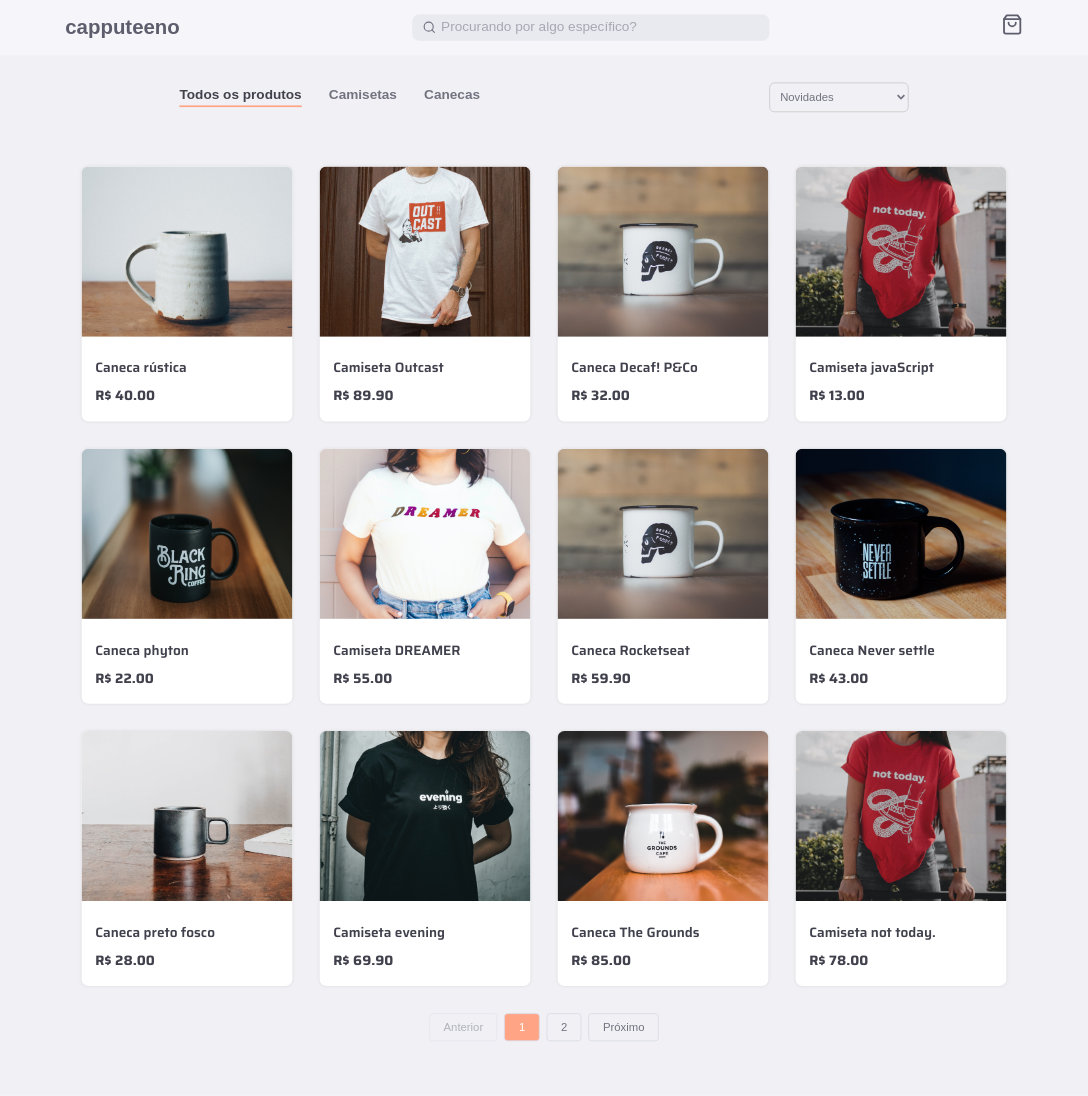
Repository: Biel-barbosa/capputeenoecomerce
Page: /
An editor plug-in stored every save of this project. The page is shown before and after the next save, followed by the edit.
The browser window is 1280 px wide. The pictures show the whole page, at 85% of full size.
Some web fonts or font styles are not loaded; a fallback is used. The project was rebuilt for these pictures with package versions that can differ from the ones it lists, and the page was loaded fresh each time. The framework's server and built-in components were replaced by stand-ins that run in the browser. Also part of the build but not shown: next.config.ts.

Above is the page before, as saved 2025-04-25 16:00:08.

### src/app/layout.tsx
import type { Metadata } from "next";
import { Geist, Geist_Mono } from "next/font/google";
import { Saira, Saira_Stencil_One } from 'next/font/google';
import "./globals.css";
import ClientProviders from "@/components/ClientProviders";

const saira = Saira({
  subsets: ['latin'],
  weight: ['400', '600', '700'],
  variable: '--font-saira',
});

const sairaStencilOne = Saira_Stencil_One({
  subsets: ['latin'],
  weight: ['400'],
  variable: '--font-saira-stencil',
});

const geistSans = Geist({
  variable: "--font-geist-sans",
  subsets: ["latin"],
});

const geistMono = Geist_Mono({
  variable: "--font-geist-mono",
  subsets: ["latin"],
});

export const metadata: Metadata = {
  title: "Capputeeno",
  description: "Loja de tecnologia minimalista",
};

export default function RootLayout({
  children,
}: Readonly<{
  children: React.ReactNode;
}>) {
  return (
    <html lang="pt-br" className={`${saira.variable} ${sairaStencilOne.variable} ${geistSans.variable} ${geistMono.variable}`}>
      <body>
        <ClientProviders>
          {children}
        </ClientProviders>
      </body>
    </html>
  );
}

### src/app/page.tsx
'use client';

import { useState, useMemo } from 'react';
import styled from 'styled-components';
import Header from '../components/Header';
import { products as allProducts } from '../data/products';
import ProductsList from '@/components/ProductsList';

const Container = styled.main`
  width: 100%;
  padding: 2rem 4vw;
  background-color: #f0f0f5;
  min-height: 100vh;
  box-sizing: border-box;

  @media (max-width: 1024px) {
    padding: 2rem 3vw;
  }

  @media (max-width: 768px) {
    padding: 1.5rem 2vw;
  }

  @media (max-width: 480px) {
    padding: 1rem 2vw;
  }
`;

const FiltersWrapper = styled.div`
  display: flex;
  justify-content: space-between;
  align-items: center;
  flex-wrap: wrap;
  margin-bottom: 2rem;
  padding: 0rem 10rem;

  @media (max-width: 768px) {
    flex-direction: column;
    gap: 1rem;
  }
`;

const Categories = styled.div`
  display: flex;
  gap: 2rem;

  button {
    background: none;
    border: none;
    font-weight: 600;
    font-size: 1rem;
    cursor: pointer;
    border-bottom: 2px solid transparent;
    padding-bottom: 4px;
    transition: 0.2s;
    color: #737380;

    &.active {
      color: #41414d;
      border-color: #ffa585;
    }
  }

  @media (max-width: 768px) {
    gap: 1rem;
    justify-content: center;
  }
`;

const SortSelect = styled.select`
  background: #f0f0f5;
  color: #737380;
  padding: 0.5rem;
  border-radius: 6px;
  border: 1px solid #ccc;

  @media (max-width: 768px) {
    width: 100%;
  }
`;

const HomePage = () => {
  const [category, setCategory] = useState('all');
  const [searchTerm, setSearchTerm] = useState('');
  const [sortOption, setSortOption] = useState('newest');
  const [currentPage, setCurrentPage] = useState(1);

  const itemsPerPage = 12;

  const filteredProducts = useMemo(() => {
    let products = allProducts.filter((product) => {
      const matchesCategory = category === 'all' || product.category === category;
      const matchesSearch = product.title.toLowerCase().includes(searchTerm.toLowerCase());
      return matchesCategory && matchesSearch;
    });

    if (sortOption === 'price-asc') {
      products = products.sort((a, b) => a.price - b.price);
    } else if (sortOption === 'price-desc') {
      products = products.sort((a, b) => b.price - a.price);
    } else if (sortOption === 'bestsellers') {
      products = products.sort((a, b) => b.sales - a.sales);
    } else {
      products = products.sort((a, b) => new Date(b.createdAt).getTime() - new Date(a.createdAt).getTime());
    }

    return products;
  }, [category, searchTerm, sortOption]);

  const totalPages = Math.ceil(filteredProducts.length / itemsPerPage);
  const paginatedProducts = filteredProducts.slice(
    (currentPage - 1) * itemsPerPage,
    currentPage * itemsPerPage
  );

  return (
    <>
      <Header onSearch={setSearchTerm} />
      <Container>
        <FiltersWrapper>
          <Categories>
            {['all', 't-shirts', 'mugs'].map((cat) => (
              <button
                key={cat}
                className={category === cat ? 'active' : ''}
                onClick={() => {
                  setCategory(cat);
                  setCurrentPage(1);
                }}
              >
                {cat === 'all' ? 'Todos os produtos' : cat === 't-shirts' ? 'Camisetas' : 'Canecas'}
              </button>
            ))}
          </Categories>

          <SortSelect
            value={sortOption}
            onChange={(e) => {
              setSortOption(e.target.value);
              setCurrentPage(1);
            }}
          >
            <option value="newest">Novidades</option>
            <option value="price-desc">Preço: Maior - menor</option>
            <option value="price-asc">Preço: Menor - maior</option>
            <option value="bestsellers">Mais vendidos</option>
          </SortSelect>
        </FiltersWrapper>

        <ProductsList
          products={paginatedProducts}
          currentPage={currentPage}
          totalPages={totalPages}
          onPageChange={setCurrentPage}
        />
      </Container>
    </>
  );
};

export default HomePage;

### src/components/ClientProviders.tsx
'use client';

import { ReactNode } from 'react';
import GlobalStyle from '@/styles/GlobalStyle';
import { CartProvider } from '@/contexts/CartContexts';

export default function ClientProviders({ children }: { children: ReactNode }) {
    return (
        <>
            <GlobalStyle />
            <CartProvider>
                {children}
            </CartProvider>
        </>
    );
}

### src/components/Header.tsx
'use client';

import styled from 'styled-components';
import { FiShoppingBag, FiSearch } from 'react-icons/fi';
import Link from 'next/link';
import { useCart } from '@/contexts/CartContexts';

type HeaderProps = {
  onSearch?: (value: string) => void;
};

const HeaderContainer = styled.header`
  width: 100%;
  padding: 1rem 6vw;
  background-color: #f5f5fa;
  box-sizing: border-box;
  overflow-x: hidden;
`;

const HeaderContent = styled.div`
  width: 100%;
  max-width: 1140px;
  margin: 0 auto;
  display: flex;
  align-items: center;
  justify-content: space-between;
  gap: 1rem;
  flex-wrap: nowrap;

  @media (max-width: 768px) {
    gap: 0.5rem;
  }
`;

const Logo = styled.h1`
  font-size: 1.5rem;
  font-weight: 600;
  color: #5d5d6d;
  white-space: nowrap;
  font-family: var(--font-logo);

  @media (max-width: 768px) {
    font-size: 1.2rem;
  }
`;

const SearchWrapper = styled.div`
  flex: 1;
  max-width: 420px;
  display: flex;
  align-items: center;
  background: #e9e9f0;
  padding: 0.4rem 0.75rem;
  border-radius: 8px;

  svg {
    font-size: 1rem;
    color: #737380;
    margin-right: 0.4rem;
  }

  @media (max-width: 768px) {
    max-width: 180px;
    flex-shrink: 1;
  }
`;

const SearchInput = styled.input`
  border: none;
  background: transparent;
  flex: 1;
  font-size: 1rem;
  color: #737380;

  &::placeholder {
    color: #a8a8b3;
  }

  &:focus {
    outline: none;
  }

  @media (max-width: 768px) {
    font-size: 0.9rem;

    &::placeholder {
      color: transparent;
    }
  }
`;

const CartButton = styled.button`
  position: relative;
  background: none;
  border: none;
  cursor: pointer;

  svg {
    font-size: 1.6rem;
    color: #5d5d6d;
  }

  @media (max-width: 768px) {
    svg {
      font-size: 1.4rem;
    }
  }
`;

const CartCount = styled.span`
  position: absolute;
  top: -8px;
  right: -8px;
  background-color: #de3838;
  color: white;
  border-radius: 50%;
  font-size: 0.75rem;
  padding: 0.25rem 0.5rem;
  line-height: 1;
`;

const Header = ({ onSearch }: HeaderProps) => {
  const { cartItemCount } = useCart();

  return (
    <HeaderContainer>
      <HeaderContent>
        <Link href="/" passHref>
          <Logo>capputeeno</Logo>
        </Link>

        <SearchWrapper>
          <FiSearch />
          <SearchInput
            type="text"
            placeholder="Procurando por algo específico?"
            onChange={(e) => onSearch?.(e.target.value)}
          />
        </SearchWrapper>

        <Link href="/cart" passHref>
          <CartButton>
            <FiShoppingBag />
            {cartItemCount > 0 && <CartCount>{cartItemCount}</CartCount>}
          </CartButton>
        </Link>
      </HeaderContent>
    </HeaderContainer>
  );
};

export default Header;

### src/data/products.ts
export type Product = {
    id: string;
    title: string;
    image: string;
    price: number;
    category: 't-shirts' | 'mugs';
    description: string;
    createdAt: Date | string;
    sales: number;
};

export const products: Product[] = [
    {
        id: '1',
        title: 'Camiseta not today.',
        image: '/images/Camiseta-not-today.jpg',
        price: 78.0,
        category: 't-shirts',
        description: 'Aqui vem um texto descritivo do produto, esta caixa de texto servirá apenas de exemplo para que simule algum texto que venha a ser inserido nesse campo, descrevendo tal produto.',
        createdAt: new Date('2024-03-01'),
        sales: 30,
    },
    {
        id: '2',
        title: 'Caneca rústica',
        image: '/images/Caneca-ceramica-rustica.jpg',
        price: 40.0,
        category: 'mugs',
        description: 'Aqui vem um texto descritivo do produto, esta caixa de texto servirá apenas de exemplo para que simule algum texto que venha a ser inserido nesse campo, descrevendo tal produto.',
        createdAt: new Date('2024-04-10'),
        sales: 80,
    },
    {
        id: '3',
        title: 'Camiseta Broken Saints',
        image: '/images/Camiseta-broken-saints.jpg',
        price: 58.0,
        category: 't-shirts',
        description: 'Aqui vem um texto descritivo do produto, esta caixa de texto servirá apenas de exemplo para que simule algum texto que venha a ser inserido nesse campo, descrevendo tal produto.',
        createdAt: new Date('2024-01-15'),
        sales: 45,
    },
    {
        id: '4',
        title: 'Caneca Black Ring',
        image: '/images/Caneca-Black-Ring.jpg',
        price: 32.0,
        category: 'mugs',
        description: 'Aqui vem um texto descritivo do produto, esta caixa de texto servirá apenas de exemplo para que simule algum texto que venha a ser inserido nesse campo, descrevendo tal produto.',
        createdAt: new Date('2024-02-20'),
        sales: 60,
    },
    {
        id: '5',
        title: 'Camiseta Outcast',
        image: '/images/Camiseta-outcast.jpg',
        price: 89.9,
        category: 't-shirts',
        description: 'Aqui vem um texto descritivo do produto, esta caixa de texto servirá apenas de exemplo para que simule algum texto que venha a ser inserido nesse campo, descrevendo tal produto.',
        createdAt: new Date('2024-04-05'),
        sales: 50,
    },
    {
        id: '6',
        title: 'Caneca The Grounds',
        image: '/images/Caneca-The-Grounds.jpg',
        price: 85.0,
        category: 'mugs',
        description: 'Aqui vem um texto descritivo do produto, esta caixa de texto servirá apenas de exemplo para que simule algum texto que venha a ser inserido nesse campo, descrevendo tal produto.',
        createdAt: new Date('2024-03-10'),
        sales: 75,
    },
    {
        id: '7',
        title: 'Camiseta evening',
        image: '/images/Camiseta-evening.jpg',
        price: 69.9,
        category: 't-shirts',
        description: 'Aqui vem um texto descritivo do produto, esta caixa de texto servirá apenas de exemplo para que simule algum texto que venha a ser inserido nesse campo, descrevendo tal produto.',
        createdAt: new Date('2024-03-11'),
        sales: 62,
    },
    {
        id: '8',
        title: 'Caneca preto fosco',
        image: '/images/Caneca-preto-fosco.jpg',
        price: 28.0,
        category: 'mugs',
        description: 'Aqui vem um texto descritivo do produto, esta caixa de texto servirá apenas de exemplo para que simule algum texto que venha a ser inserido nesse campo, descrevendo tal produto.',
        createdAt: new Date('2024-03-12'),
        sales: 58,
    },
    {
        id: '9',
        title: 'Caneca Never settle',
        image: '/images/Caneca-Never-settle.jpg',
        price: 43.0,
        category: 'mugs',
        description: 'Aqui vem um texto descritivo do produto, esta caixa de texto servirá apenas de exemplo para que simule algum texto que venha a ser inserido nesse campo, descrevendo tal produto.',
        createdAt: new Date('2024-03-13'),
        sales: 54,
    },
    {
        id: '10',
        title: 'Caneca Rocketseat',
        image: '/images/Caneca-Decaf!-P&Co.jpg',
        price: 59.9,
        category: 'mugs',
        description: 'Aqui vem um texto descritivo do produto, esta caixa de texto servirá apenas de exemplo para que simule algum texto que venha a ser inserido nesse campo, descrevendo tal produto.',
        createdAt: new Date('2024-03-14'),
        sales: 48,
    },
    {
        id: '11',
        title: 'Camiseta DREAMER',
        image: '/images/Camiseta-DREAMER.jpg',
        price: 55.0,
        category: 't-shirts',
        description: 'Aqui vem um texto descritivo do produto, esta caixa de texto servirá apenas de exemplo para que simule algum texto que venha a ser inserido nesse campo, descrevendo tal produto.',
        createdAt: new Date('2024-03-15'),
        sales: 52,
    },
    {
        id: '12',
        title: 'Caneca Decaf! P&Co',
        image: '/images/Caneca-Decaf!-P&Co.jpg',
        price: 32.0,
        category: 'mugs',
        description: 'Aqui vem um texto descritivo do produto, esta caixa de texto servirá apenas de exemplo para que simule algum texto que venha a ser inserido nesse campo, descrevendo tal produto.',
        createdAt: new Date('2024-03-16'),
        sales: 70,
    },
    {
        id: '13',
        title: 'Camiseta javaScript',
        image: '/images/Camiseta-not-today.jpg',
        price: 13.0,
        category: 't-shirts',
        description: 'Aqui vem um texto descritivo do produto, esta caixa de texto servirá apenas de exemplo para que simule algum texto que venha a ser inserido nesse campo, descrevendo tal produto.',
        createdAt: new Date('2024-03-16'),
        sales: 70,
    },
    {
        id: '14',
        title: 'Caneca phyton',
        image: '/images/Caneca-Black-Ring.jpg',
        price: 22.0,
        category: 'mugs',
        description: 'Aqui vem um texto descritivo do produto, esta caixa de texto servirá apenas de exemplo para que simule algum texto que venha a ser inserido nesse campo, descrevendo tal produto.',
        createdAt: new Date('2024-03-16'),
        sales: 70,
    },
];

export function getProductById(id: string) {
    return products.find((product) => product.id === id);
}

### src/components/ProductsList.tsx
'use client';

import styled from 'styled-components';
import { Product } from '@/data/products';
import Link from 'next/link';

type Props = {
  products: Product[];
  currentPage: number;
  totalPages: number;
  onPageChange: (page: number) => void;
};

const Container = styled.main`
  flex: 1;
  background-color: #f0f0f5;
  padding: 2rem;
`;

const ProductsGrid = styled.div`
  display: grid;
  grid-template-columns: repeat(4, 248px);
  gap: 2rem;
  justify-content: center;

  @media (max-width: 1024px) {
    grid-template-columns: repeat(2, 1fr);
  }

  @media (max-width: 600px) {
    grid-template-columns: 1fr;
  }
`;

const ProductCard = styled.div`
  background-color: white;
  border-radius: 8px;
  width: 248px;
  height: 300px;
  box-shadow: 0 0 4px rgba(0, 0, 0, 0.1);
  display: flex;
  flex-direction: column;
  justify-content: space-between;
  overflow: hidden;
  cursor: pointer;
  transition: transform 0.3s ease, box-shadow 0.3s ease;

  &:hover {
    transform: scale(1.05);
    box-shadow: 0 8px 16px rgba(0, 0, 0, 0.15);
  }
`;

const ProductImage = styled.img`
  width: 100%;
  height: 200px;
  object-fit: cover;
  transition: transform 0.3s ease;

  ${ProductCard}:hover & {
    transform: scale(1.1);
  }
`;

const ProductInfo = styled.div`
  padding: 1rem;
  display: flex;
  flex-direction: column;
  justify-content: start;
  height: 156px;
`;

const ProductTitle = styled.h3`
  font-size: 1rem;
  color: #41414d;
  margin: 0.5rem 0;
`;

const ProductPrice = styled.span`
  font-weight: bold;
  color: #41414D;
`;

const PaginationContainer = styled.div`
  display: flex;
  justify-content: center;
  margin-top: 2rem;
  gap: 0.5rem;
`;

const PageButton = styled.button<{ $isActive: boolean }>`
  background: ${({ $isActive }) => ($isActive ? '#FFA585' : 'transparent')};
  border: 1px solid #dcdce5;
  color: ${({ $isActive }) => ($isActive ? '#fff' : '#737380')};
  padding: 0.5rem 1rem;
  border-radius: 4px;
  cursor: pointer;

  &:disabled {
    opacity: 0.5;
    cursor: not-allowed;
  }
`;

const ProductsList = ({ products, currentPage, totalPages, onPageChange }: Props) => {
  return (
    <Container>
      <ProductsGrid>
        {products.map((product) => (
          <Link href={`/product/${product.id}`} passHref key={product.id}>
            <ProductCard>
              <ProductImage src={product.image} alt={product.title} />
              <ProductInfo>
                <ProductTitle>{product.title}</ProductTitle>
                <ProductPrice>R$ {product.price.toFixed(2)}</ProductPrice>
              </ProductInfo>
            </ProductCard>
          </Link>
        ))}
      </ProductsGrid>

      <PaginationContainer>
        <PageButton onClick={() => onPageChange(currentPage - 1)} disabled={currentPage === 1} $isActive={false}>
          Anterior
        </PageButton>

        {[...Array(totalPages)].map((_, index) => {
          const page = index + 1;
          return (
            <PageButton
              key={page}
              onClick={() => onPageChange(page)}
              $isActive={currentPage === page}
            >
              {page}
            </PageButton>
          );
        })}

        <PageButton onClick={() => onPageChange(currentPage + 1)} disabled={currentPage === totalPages} $isActive={false}>
          Próximo
        </PageButton>
      </PaginationContainer>
    </Container>
  );
};

export default ProductsList;

### src/styles/GlobalStyle.ts
import { createGlobalStyle } from 'styled-components';

const GlobalStyle = createGlobalStyle`
  :root {
    --font-body: var(--font-saira);
    --font-logo: var(--font-saira-stencil);
  }

  * {
    margin: 0;
    padding: 0;
    box-sizing: border-box;
  }

  html,
  body {
    font-family: var(--font-body), sans-serif;
    background-color: #f5f5fa;
    color: #121214;
  }

  h1, h2, h3 {
    font-weight: 600;
  }
`;

export default GlobalStyle;

### src/contexts/CartContexts.tsx
'use client';

import React, {
    createContext,
    useContext,
    useState,
    useEffect,
    ReactNode,
} from 'react';
import { Product } from '@/data/products';

export type CartItem = Product & { quantity: number };

export type CartContextType = {
    cart: CartItem[];
    addToCart: (product: Product) => void;
    removeFromCart: (id: string) => void;
    updateCart: (items: CartItem[]) => void;
    cartItemCount: number;
};

export const CartContext = createContext<CartContextType | undefined>(undefined);

export const CartProvider = ({ children }: { children: ReactNode }) => {
    const [cart, setCart] = useState<CartItem[]>([]);

    useEffect(() => {
        const stored = localStorage.getItem('cart');
        if (stored) {
            setCart(JSON.parse(stored));
        }
    }, []);

    const saveCart = (items: CartItem[]) => {
        setCart(items);
        localStorage.setItem('cart', JSON.stringify(items));
    };

    const addToCart = (product: Product) => {
        const existing = cart.find(item => item.id === product.id);

        let updatedCart: CartItem[];

        if (existing) {
            updatedCart = cart.map(item =>
                item.id === product.id
                    ? { ...item, quantity: item.quantity + 1 }
                    : item
            );
        } else {
            updatedCart = [...cart, { ...product, quantity: 1 }];
        }

        saveCart(updatedCart);
    };

    const removeFromCart = (id: string) => {
        const updatedCart = cart.filter(item => item.id !== id);
        saveCart(updatedCart);
    };

    const updateCart = (items: CartItem[]) => {
        saveCart(items);
    };

    const cartItemCount = cart.length;;

    return (
        <CartContext.Provider
            value={{ cart, addToCart, removeFromCart, updateCart, cartItemCount }}
        >
            {children}
        </CartContext.Provider>
    );
};

export const useCart = () => {
    const context = useContext(CartContext);
    if (!context) {
        throw new Error('useCart must be used within a CartProvider');
    }
    return context;
};

Loaded but not shown: src/app/globals.css (common file)

After the next save:
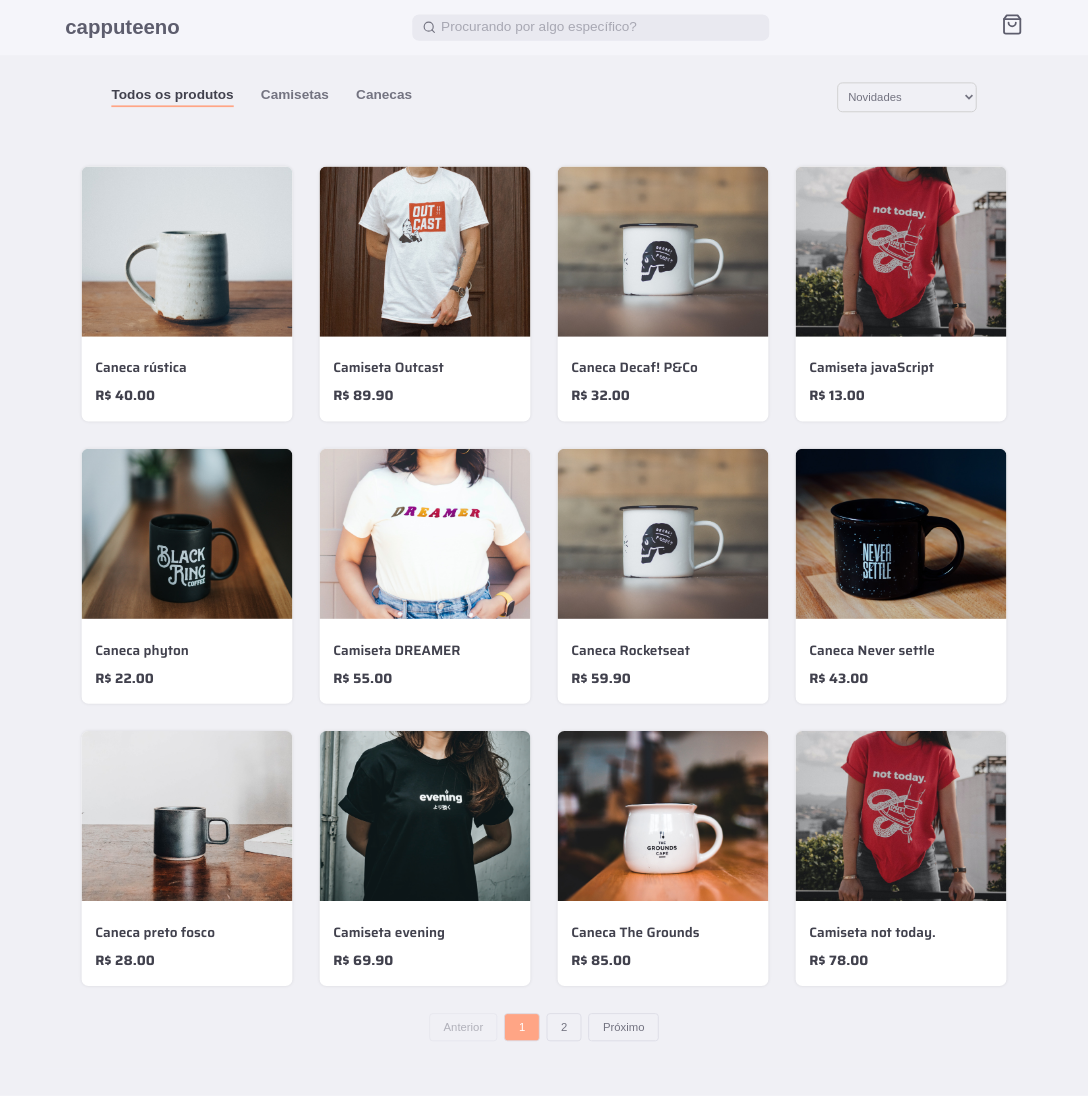
Saved 2 min 41 s later.
--- a/src/app/page.tsx
+++ b/src/app/page.tsx
@@ -32,11 +32,12 @@ const FiltersWrapper = styled.div`
   align-items: center;
   flex-wrap: wrap;
   margin-bottom: 2rem;
-  padding: 0rem 10rem;
+  padding: 0 5rem; /* Ajuste para o desktop, 5rem é mais equilibrado */
 
   @media (max-width: 768px) {
     flex-direction: column;
     gap: 1rem;
+    padding: 0 1rem; /* Menos padding no mobile para evitar quebra de layout */
   }
 `;
 
